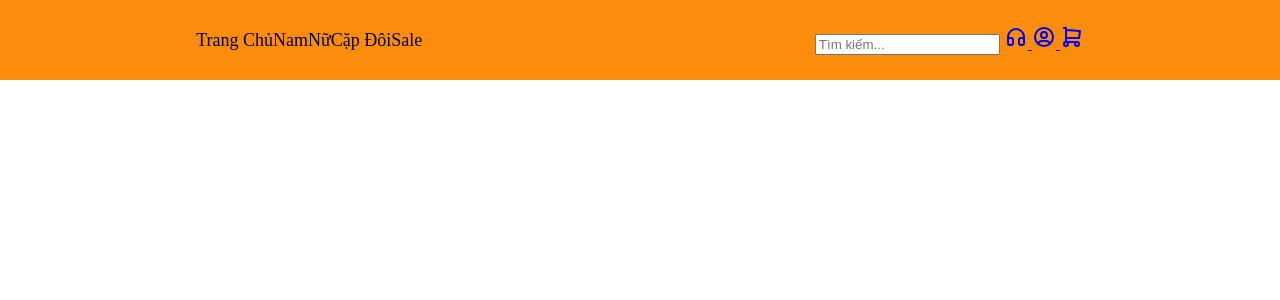
Repository: manhhieu120499/demo_page
Page: nam.html
An editor plug-in stored every save of this project. The page is shown before and after the next save, followed by the edit.
The browser window is 1280 px wide. The pictures show the whole page.

Above is the page before, as saved 2023-03-04 15:53:05.

### nam.html
<!DOCTYPE html>
<html lang="en">
<head>
    <meta charset="UTF-8">
    <meta http-equiv="X-UA-Compatible" content="IE=edge">
    <meta name="viewport" content="width=device-width, initial-scale=1.0">
    <title>Document</title>
    <link rel="stylesheet" href="./style_nam.css">
</head>
<body>
    <div class="wrap">
        <div class="header">
            <div class="header_nav">
                <a href="#">Trang Chủ</a>
                <a href="#">Nam</a>
                <a href="#">Nữ</a>
                <a href="#">Cặp Đôi</a>
                <a href="#">Sale</a>
            </div>
            <div class="right_header">
                <input type="text" placeholder="Tìm kiếm...">
                <a href="#">
                    <svg xmlns="http://www.w3.org/2000/svg" class="icon icon-tabler icon-tabler-headphones" width="24" height="24" viewBox="0 0 24 24" stroke-width="2" stroke="currentColor" fill="none" stroke-linecap="round" stroke-linejoin="round">
                        <path stroke="none" d="M0 0h24v24H0z" fill="none"></path>
                        <path d="M4 13m0 2a2 2 0 0 1 2 -2h1a2 2 0 0 1 2 2v3a2 2 0 0 1 -2 2h-1a2 2 0 0 1 -2 -2z"></path>
                        <path d="M15 13m0 2a2 2 0 0 1 2 -2h1a2 2 0 0 1 2 2v3a2 2 0 0 1 -2 2h-1a2 2 0 0 1 -2 -2z"></path>
                        <path d="M4 15v-3a8 8 0 0 1 16 0v3"></path>
                     </svg>
                </a>
                <a href="#">
                    <svg xmlns="http://www.w3.org/2000/svg" class="icon icon-tabler icon-tabler-user-circle" width="24" height="24" viewBox="0 0 24 24" stroke-width="2" stroke="currentColor" fill="none" stroke-linecap="round" stroke-linejoin="round">
                        <path stroke="none" d="M0 0h24v24H0z" fill="none"></path>
                        <path d="M12 12m-9 0a9 9 0 1 0 18 0a9 9 0 1 0 -18 0"></path>
                        <path d="M12 10m-3 0a3 3 0 1 0 6 0a3 3 0 1 0 -6 0"></path>
                        <path d="M6.168 18.849a4 4 0 0 1 3.832 -2.849h4a4 4 0 0 1 3.834 2.855"></path>
                     </svg>
                </a>
                <a href="#">
                    <svg xmlns="http://www.w3.org/2000/svg" class="icon icon-tabler icon-tabler-shopping-cart" width="24" height="24" viewBox="0 0 24 24" stroke-width="2" stroke="currentColor" fill="none" stroke-linecap="round" stroke-linejoin="round">
                        <path stroke="none" d="M0 0h24v24H0z" fill="none"></path>
                        <path d="M6 19m-2 0a2 2 0 1 0 4 0a2 2 0 1 0 -4 0"></path>
                        <path d="M17 19m-2 0a2 2 0 1 0 4 0a2 2 0 1 0 -4 0"></path>
                        <path d="M17 17h-11v-14h-2"></path>
                        <path d="M6 5l14 1l-1 7h-13"></path>
                     </svg>
                </a>
            </div>
        </div>
    </div>
</body>
</html>

### style_nam.css
* {
    margin: 0;
    box-sizing: border-box;
}

.header {
    background-color: #FC8D0C;
    width: 100%;
    height: 80px;
    display: flex;
    justify-content: space-around;
    align-items: center;
}

.header .header_nav {
    display: flex;
    justify-content: space-between;
    width: ;
}

.header_nav > a {
    color: black;
    text-decoration: none;
    font-size: 18px;
}

.header .right-header {
    display: flex;
    justify-content: space-between;
    width: 50%;
}

.right-header > a > svg {
    display: inline-block;
}

After the next save:
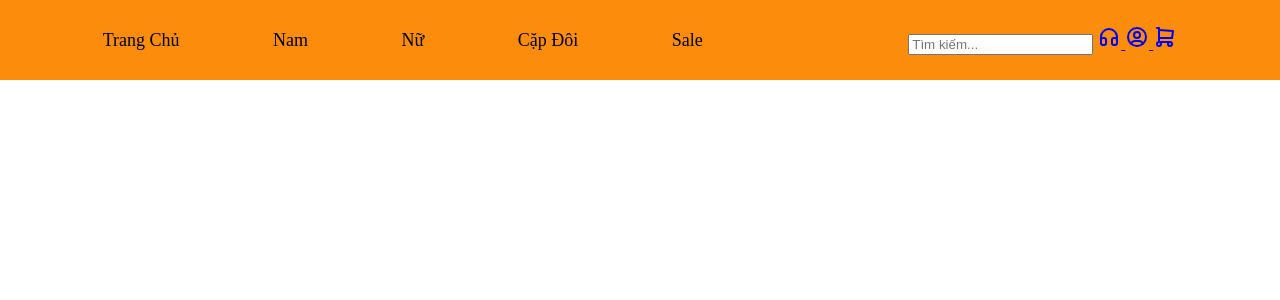
Saved 4 s later.
--- a/style_nam.css
+++ b/style_nam.css
@@ -15,7 +15,7 @@
 .header .header_nav {
     display: flex;
     justify-content: space-between;
-    width: ;
+    width: 600px;
 }
 
 .header_nav > a {
